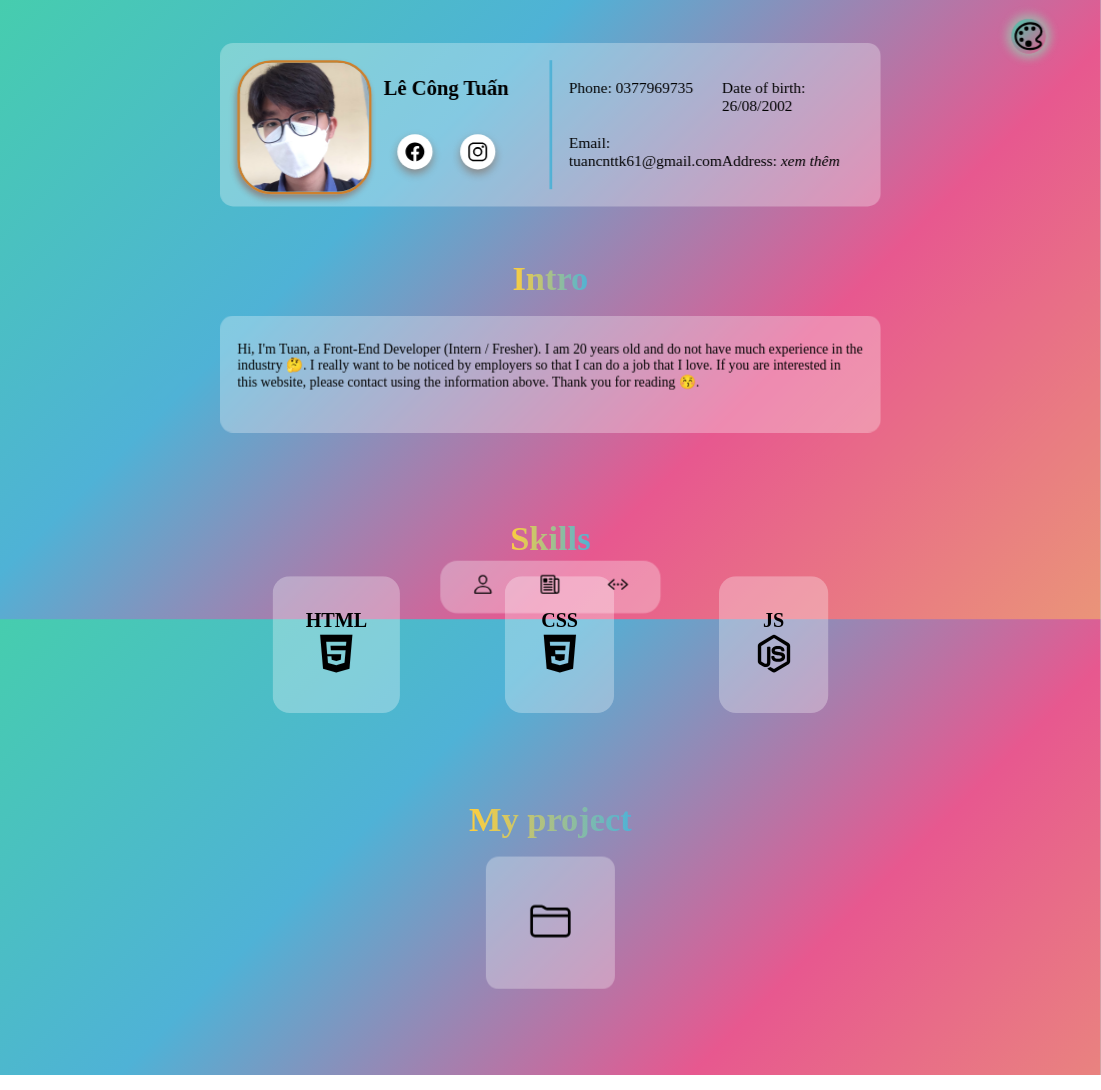
Repository: LeCongTuan2608/Profile
Page: index.html
An editor plug-in stored every save of this project. The page is shown before and after the next save, followed by the edit.
The browser window is 1280 px wide. The pictures show the whole page, at 86% of full size.
Backgrounds fixed to the window are drawn as part of the page. The style sheet was rebuilt from its Sass, Less or Tailwind sources for each picture, by a compiler version that may differ from the author's.

Above is the page before, as saved 2022-05-05 11:45:06.

### index.html
<!DOCTYPE html>
<html lang="en">
   <head>
      <meta charset="UTF-8" />
      <meta http-equiv="X-UA-Compatible" content="IE=edge" />
      <meta name="viewport" content="width=device-width, initial-scale=1.0" />

      <script type="module" src="https://unpkg.com/ionicons@5.5.2/dist/ionicons/ionicons.esm.js"></script>
      <script nomodule src="https://unpkg.com/ionicons@5.5.2/dist/ionicons/ionicons.js"></script>

      <link rel="preconnect" href="https://fonts.googleapis.com" />
      <link rel="preconnect" href="https://fonts.gstatic.com" crossorigin />
      <link href="https://fonts.googleapis.com/css2?family=Pacifico&display=swap" rel="stylesheet" />

      <link href="https://unpkg.com/aos@2.3.1/dist/aos.css" rel="stylesheet" />
      <script src="https://unpkg.com/aos@2.3.1/dist/aos.js"></script>

      <link rel="stylesheet" href="./sass/css/style.css" />
      <title>Profile</title>
   </head>
   <body>
      <div class="container">
         <div class="palette">
            <ion-icon name="color-palette-outline"></ion-icon>
            <div class="list-color">
               <ul>
                  <li class="bgr-color"></li>
                  <li class="bgr-color"></li>
                  <li class="bgr-color"></li>
               </ul>
            </div>
         </div>

         <div class="contents">
            <div data-aos="flip-left" data-aos-duration="1500">
               <div class="card-info">
                  <div class="personal-information">
                     <div class="image">
                        <div class="user-image">
                           <img src="./images/1.JPG" alt="" />
                        </div>
                        <div class="user-intro">
                           <h2>Lê Công Tuấn</h2>
                           <div class="user-intro-navigation">
                              <div class="navigation-fb">
                                 <a href="https://www.facebook.com/profile.php?id=100026041985048"
                                    ><ion-icon name="logo-facebook"></ion-icon
                                 ></a>
                                 <span>facebook</span>
                              </div>
                              <div class="navigation-ins">
                                 <a href="https://www.instagram.com/tuanle2608/"
                                    ><ion-icon name="logo-instagram"></ion-icon
                                 ></a>
                                 <span>instagram</span>
                              </div>
                           </div>
                        </div>
                     </div>
                     <div class="contact">
                        <div class="contact-info">
                           <span>Phone: 0377969735</span>
                           <span>Email: tuancnttk61@gmail.com</span>
                        </div>
                        <div class="contact-info">
                           <span>Date of birth: 26/08/2002</span>
                           <span>Address: <i id="see">xem thêm</i></span>
                        </div>
                     </div>
                  </div>
               </div>
            </div>
            <div class="card-intro">
               <div class="intro-yourself">
                  <div class="title">
                     <div data-aos="fade-up" data-aos-duration="1000">
                        <h1>Intro</h1>
                     </div>
                  </div>
                  <div data-aos="flip-down" data-aos-duration="1000">
                     <div class="intro-content">
                        <p>
                           Hi, I'm Tuan, a Front-End Developer (Intern / Fresher). I am 20 years old and do not have
                           much experience in the industry 🤔. I really want to be noticed by employers so that I can do
                           a job that I love. If you are interested in this website, please contact using the
                           information above. Thank you for reading 😚.
                        </p>
                     </div>
                  </div>
               </div>

               <div class="my-skills">
                  <div class="title">
                     <div data-aos="fade-down" data-aos-easing="linear" data-aos-duration="300">
                        <h1>Skills</h1>
                     </div>
                  </div>
                  <div class="skills-content">
                     <div class="list-skills">
                        <div data-aos="fade-right">
                           <h3>HTML</h3>
                           <ion-icon name="logo-html5"></ion-icon>
                        </div>

                        <div data-aos="fade-down">
                           <h3>CSS</h3>
                           <ion-icon name="logo-css3"></ion-icon>
                        </div>

                        <div data-aos="fade-left">
                           <h3>JS</h3>
                           <ion-icon name="logo-nodejs"></ion-icon>
                        </div>
                     </div>
                  </div>
               </div>

               <div class="my-project">
                  <div class="title">
                     <div data-aos="fade-up" data-aos-anchor-placement="bottom-bottom">
                        <h1>My project</h1>
                     </div>
                  </div>
                  <div class="project-box">
                     <div data-aos="zoom-in">
                        <div class="box">
                           <ion-icon name="folder-outline"></ion-icon>
                        </div>
                     </div>
                  </div>
               </div>
            </div>
         </div>

         <div class="box-container">
            <div class="list-project">
               <div class="close">
                  <ion-icon name="close-circle-outline"></ion-icon>
               </div>

               <ul>
                  <li>
                     <a href="https://lecongtuan2608.github.io/Youtube/">https://lecongtuan2608.github.io/Youtube/</a>
                  </li>
                  <li><a href="https://lecongtuan2608.github.io/music/">https://lecongtuan2608.github.io/music/</a></li>
               </ul>
            </div>
         </div>
         <div class="toolbar">
            <div class="tollbar-list">
               <ul>
                  <li><ion-icon name="person-outline"></ion-icon></li>
                  <li><ion-icon name="newspaper-outline"></ion-icon></li>
                  <li><ion-icon name="code-working-outline"></ion-icon></li>
               </ul>
            </div>
         </div>
      </div>
   </body>
   <script>
      AOS.init();
   </script>
   <script src="./js/app.js"></script>
</html>

### js/app.js
const open_project = document.querySelector('.box');
const box_container = document.querySelector('.box-container');
const close_box = document.querySelector('.close');
const list_project = document.querySelector('.list-project');
open_project.addEventListener('click', function () {
   box_container.classList.add('open');
});
close_box.addEventListener('click', function () {
   box_container.classList.remove('open');
});
box_container.addEventListener('click', function () {
   box_container.classList.remove('open');
});
list_project.addEventListener('click', function (event) {
   event.stopPropagation();
});

const palette = document.querySelector('.palette');
var bgr_colors = document.querySelectorAll('.bgr-color');
const container = document.querySelector('.container');
const text_color = document.querySelector('h1');
function bgr_change() {
   for (let i = 0; i < bgr_colors.length; i++) {
      bgr_colors[i].addEventListener('click', function () {
         bgr_colors = i;
         if (bgr_colors == 0) {
            container.classList.remove('bgr-color-2');
            container.classList.remove('bgr-color-3');
            container.classList.add('bgr-color-1');
         } else if (bgr_colors == 1) {
            container.classList.remove('bgr-color-3');
            container.classList.remove('bgr-color-1');

            text_color.classList.add('text-color');
            container.classList.add('bgr-color-2');
         } else if (bgr_colors == 2) {
            container.classList.remove('bgr-color-1');
            container.classList.remove('bgr-color-2');
            container.classList.add('bgr-color-3');
         }
      });
   }
}
bgr_change();

### sass/style.scss
*{
    margin: 0;
    padding: 0;
}
html{
    width: 100%;
    height: 100%;
    padding: 0;
    margin: 0;
    font-family: 'Fredoka One', cursive;

}
body{
    width: 100%;
    height: auto;

}
.container{
    padding-top: 50px;
    width: 100%;
    height: auto;
    position: relative;
    background-image: linear-gradient(-45deg, #ea9479, #e7588f, #4fb2d6, #46cdae);
    background-attachment: fixed;
}
.bgr-color-1{
    background-image: linear-gradient(90deg, #74EBD5 0%, #9FACE6 100%);
    background-attachment: fixed;
}
.bgr-color-2{
    background-image: linear-gradient(to right, #eea2a2 0%, #bbc1bf 19%, #57c6e1 42%, #b49fda 79%, #7ac5d8 100%);
    background-attachment: fixed;
}
.bgr-color-3{
    background-image: linear-gradient(to top, #88d3ce 0%, #6e45e2 100%);
    background-attachment: fixed;
}
.palette{
    position: fixed;
    top: 3%;
    right: 5%;
    font-size: 40px;
}
.list-color ul{
    position: absolute;
}
.palette:hover ul li{
    display: block;
}
// chọn màu bgr
.list-color ul li:first-child{
    margin-bottom: 10px;
    background-image: linear-gradient(90deg, #74EBD5 0%, #9FACE6 100%);
}
.list-color ul li:nth-of-type(2){
    margin-bottom: 10px;
    background-image: linear-gradient(to right, #eea2a2 0%, #bbc1bf 19%, #57c6e1 42%, #b49fda 79%, #7ac5d8 100%);
}
.list-color ul li:last-child{
    background-image: linear-gradient(to top, #88d3ce 0%, #6e45e2 100%);

}

.list-color ul li{
    list-style-type: none;
    display: none;
    width: 40px;
    height: 40px;
    border-radius: 100rem;
    box-shadow: #3d3d3d -1px 2px 5px 2px;

}
.toolbar{
    width:  20%;
    border-radius: 20px;
    position: fixed;
    font-size: 25px;
    left: 50%;
    transform: translateX(-50%);
    bottom: 1%;
    background-color: rgba($color: white, $alpha: 0.3);
}
.tollbar-list{
    padding: 10px;
}
.toolbar ul{
    display: flex;
    justify-content: space-around;
}
.toolbar ul li {
    list-style-type: none;
    display: inline;
    border-radius: 100rem;
    cursor: pointer;
}
.toolbar ul li ion-icon{
    padding: 5px;
}
.toolbar ul li:hover {
background-color: #a5e296;
}
.palette ion-icon{
    background-image: linear-gradient(-45deg, #e7588f,#46cdae);
    border-radius: 100rem;
    box-shadow: #a9a9a9 0px 0px 10px 6px;
    cursor: pointer;
}
.contents{
    width: 100%;
    display: flex;
    flex-wrap: wrap;
    align-content: center;
    flex-direction: column;
}
.contents > div{
    width: 60%;
}
.card-info{
    background-color: rgba($color: white, $alpha: 0.3);
    border-radius: 15px;
}
.personal-information{
    padding: 20px;
    display: flex;

}
.image{
    display: flex;
    flex: 1;
    border-right: 3px solid;
    border-color:#4fb2d6;
    padding-right: 20px;
}
.user-image{
    width: 150px;
    height: 150px;
    // border: 3px solid;
    // border-image-source: linear-gradient(to top, #f64f59, #9634c8);
    // border-image-slice :1;
}
.user-image img{
    width: 100%;
    height: 100%;
    object-fit: cover;
    border-radius: 40px;
    border: solid;
    border-color: #cd802e;
    box-shadow: rgb(137, 137, 137) -2px 5px 7px 0px;


}
.user-intro{
    display: flex;
    margin-left: 20px;
    flex-direction: column;
    justify-content: space-around;
}
.user-intro-navigation{
    display: flex;
    justify-content: space-around;
}
.user-intro-navigation a{
    color: black;
    text-decoration: none;
}
.user-intro-navigation a > ion-icon{
    font-size: 25px;
    border-radius: 100rem;
    padding: 8px;
    background-color: white;
    box-shadow: rgb(137, 137, 137) 0px 5px 10px 0px;
}
.navigation-fb{
    position: relative;
}
.navigation-fb span{
    display: none;
}
.navigation-fb a > ion-icon:hover{
    background-color: rgb(153, 159, 248);
}
.navigation-fb:hover span{
    position: absolute;
    display: block;
    background-color: rgb(153, 159, 248);
    border-radius: 40px;
    padding: 5px;
    font-size: 18px;
    top: -95%;
    left: -50%;
    font-weight: 700;
    animation: intro ease 0.5s;
    z-index: 2;
}
.navigation-fb:hover::after{
    position: absolute;
    content: "";
    width: 13px;
    height: 13px;
    background-color: rgb(153, 159, 248);
    clip-path: polygon(50% 100%, 0 0, 100% 0);
    top: -25%;
    left: 30%;
    animation: intro ease 0.5s;
    z-index: 1;
}


.navigation-ins{
    position: relative;
}
.navigation-ins span{
    display: none;
}
.navigation-ins a > ion-icon:hover{
    background-color: rgb(64, 173, 177);
}
.navigation-ins:hover span{
    position: absolute;
    display: block;
    background-color: rgb(64, 173, 177);
    border-radius: 40px;
    padding: 5px;
    font-size: 18px;
    top: -95%;
    left: -50%;
    font-weight: 700;
    animation: intro ease 0.5s;
    z-index: 2;
}
.navigation-ins:hover::after{
    position: absolute;
    content: "";
    width: 13px;
    height: 13px;
    background-color: rgb(64, 173, 177);
    clip-path: polygon(50% 100%, 0 0, 100% 0);
    top: -25%;
    left: 30%;
    animation: intro ease 0.5s;
    z-index: 1;
}
.contact{
    flex: 1;
    display: flex;
    padding-left: 20px;
}
.contact-info{
    flex: 1;
    display: flex;
    flex-direction: column;
    justify-content: space-around;
}
.contact-info span{
    font-size: 18px;
    overflow: hidden;
}

.card-intro{
    margin-top: 30px;
    width: 60%;

}
.intro-yourself{
    margin: 30px 0 100px 0;
}
.title{
    text-align: center;
    margin-bottom: 20px;
    font-size: 20px;
}
.title h1{
    display: inline-block;
    background-image: linear-gradient( to right,#ffce3d, #4fb2d6);
    color: transparent;
    -webkit-background-clip: text;
    background-clip: text;
}
// đổi màu text
.text-color{
    background-image: linear-gradient(-225deg, #A445B2 0%, #D41872 52%, #FF0066 100%) !important;
}
.intro-content{
    padding: 30px 20px 50px 20px;
    background-color: rgba($color: white, $alpha: 0.3);
    border-radius: 15px;
}

.my-skills {
    margin: 30px 0 100px 0;
}
.skills-content .list-skills{
    display: flex;
    justify-content: space-around;
}
.skills-content .list-skills div{
    padding: 5%;
    border-radius: 20px;
    background-color: rgba(255, 255, 255, 0.3);
    list-style-type: none;
    display: inline;
    text-align: center;
    font-size: 20px;
}

.skills-content .list-skills div ion-icon{
    font-size: 50px;
}
.my-project{
    margin: 30px 0 100px 0;

}
.project-box{
    display: flex;
    justify-content: center;
}
.box{
    background-color: rgba($color: white, $alpha: 0.3);
    border-radius: 15px;
    text-align: center;
    cursor: pointer;
}
.box:hover{
    transition-duration: 0.5s;
    transform: scale(1.1, 1.1);
    box-shadow: rgba(130, 130, 130, 0.773) 0px 1px 5px 2px;
}
.box > ion-icon{
    font-size: 50px;
    padding: 50px;
}
.box-container{
    position: fixed;
    top:0;
    left: 0;
    right: 0;
    bottom: 0;
    background-color: rgba( rgb(186, 186, 186), 0.5);
    display: none;
}
.open{
    display: block;
}
.list-project{
    position: absolute;
    left: 30%;
    right: 30%;
    top: 50%;
    transform: translateY(-50%);
    border-radius: 15px;
    background-color: white;
    box-shadow: rgb(137, 137, 137) 0px 5px 10px 0px;
    text-align: center;
    animation: intro ease 1s;

}
.close{
    position: absolute;
    width: 30px;
    height: 30px;
    right: 2%;
    top: 2%;
    font-size: 25px;
    cursor: pointer;
}
.list-project ion-icon:hover{
    color: red;
    border-radius: 100rem;

}
.list-project ul{
    padding: 50px 10px 30px 10px;
}
.list-project ul li{
    list-style-type: none;
}
.list-project ul li a{
    text-decoration: none;
    color: black;
}
.list-project ul li a:hover{
    color: rgb(53, 138, 213);
}
@keyframes intro{
    from {
        transform: translateY((100%));
    }
    to{
        transform: translateY((-50%));
    }
}

After the next save:
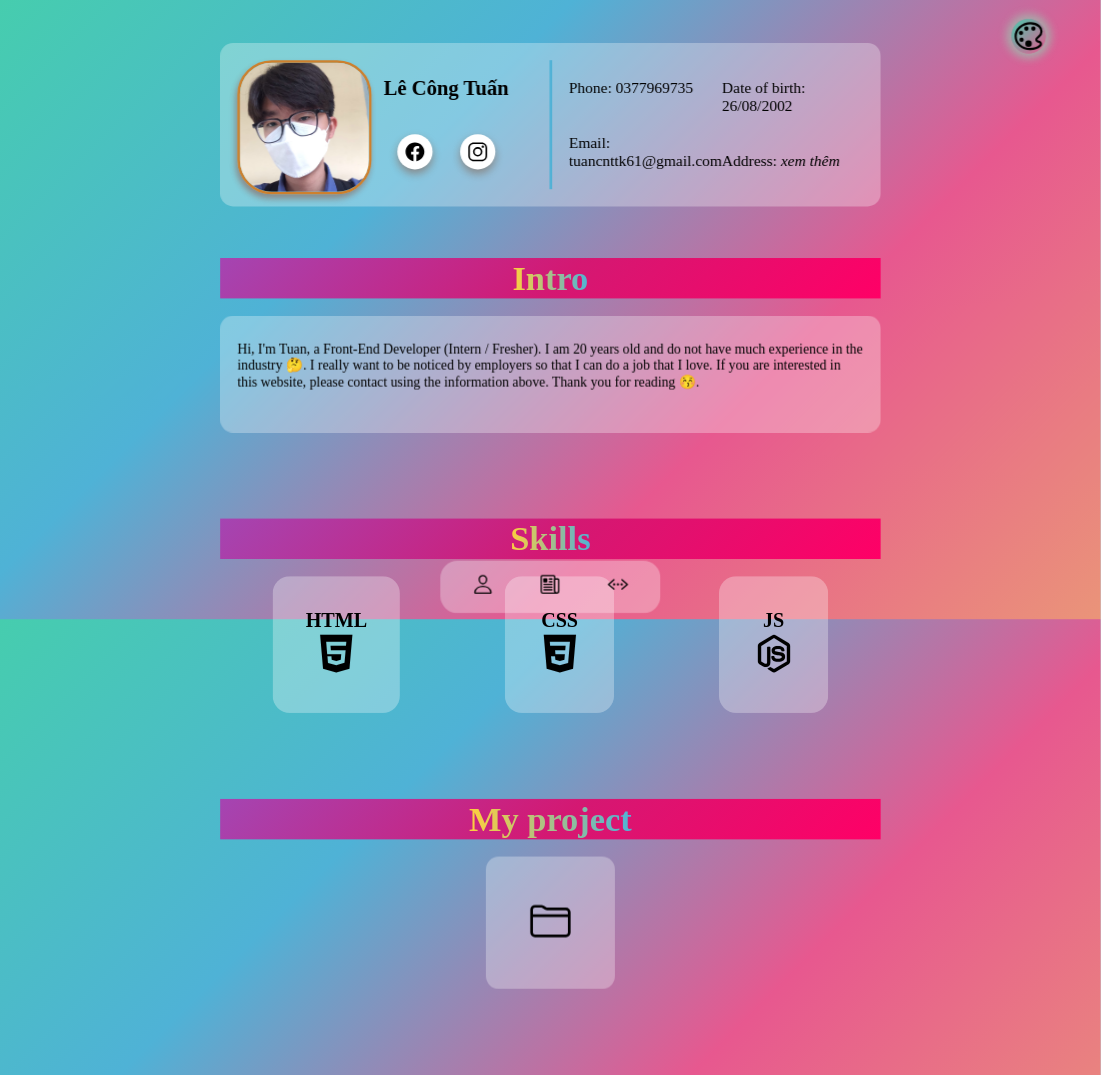
Saved 11 s later.
--- a/sass/style.scss
+++ b/sass/style.scss
@@ -277,7 +277,7 @@
     background-clip: text;
 }
 // đổi màu text
-.text-color{
+.title{
     background-image: linear-gradient(-225deg, #A445B2 0%, #D41872 52%, #FF0066 100%) !important;
 }
 .intro-content{

After the save that followed:
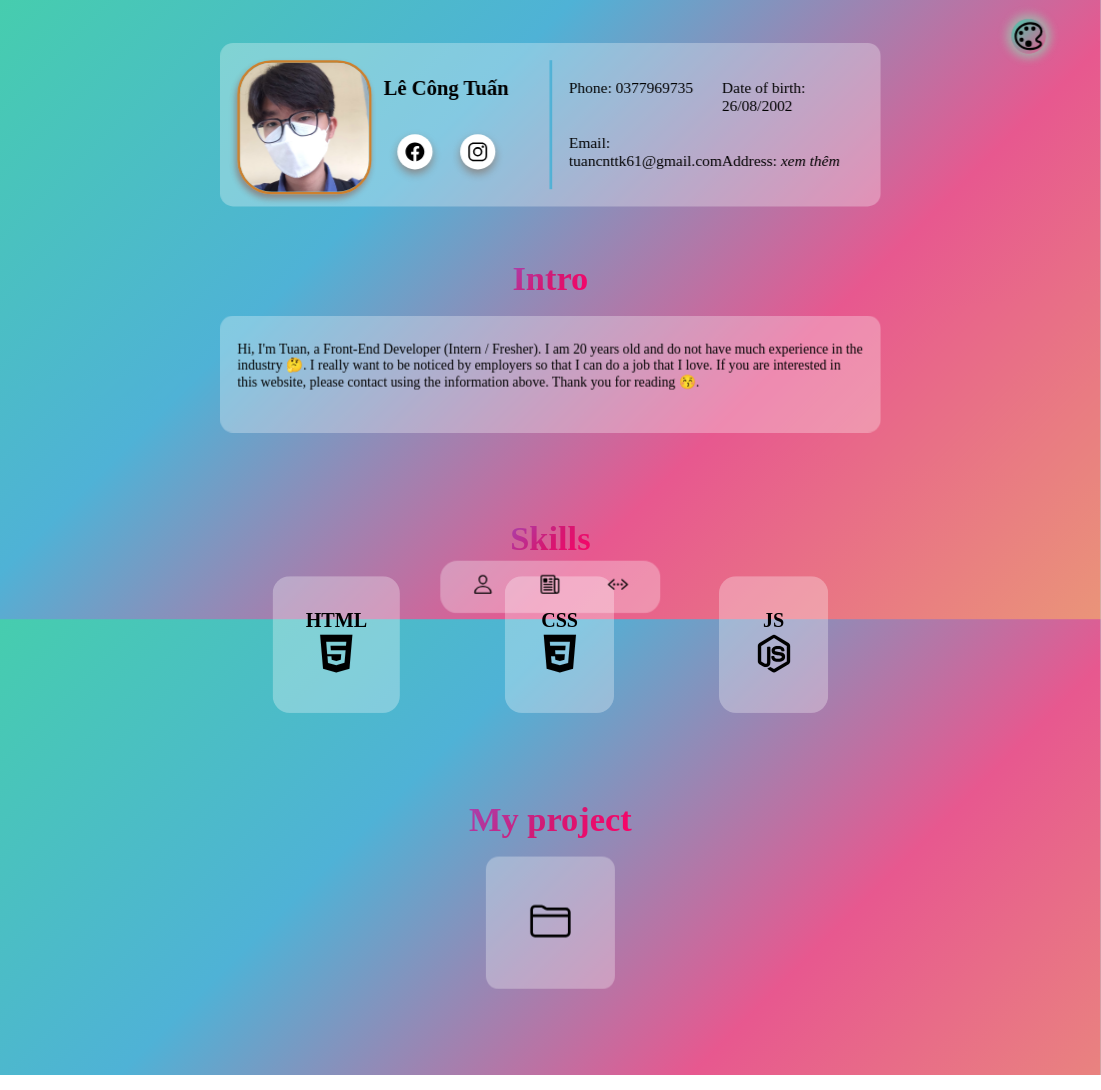
Saved 9 s later.
--- a/sass/style.scss
+++ b/sass/style.scss
@@ -277,7 +277,7 @@
     background-clip: text;
 }
 // đổi màu text
-.title{
+.title h1{
     background-image: linear-gradient(-225deg, #A445B2 0%, #D41872 52%, #FF0066 100%) !important;
 }
 .intro-content{
